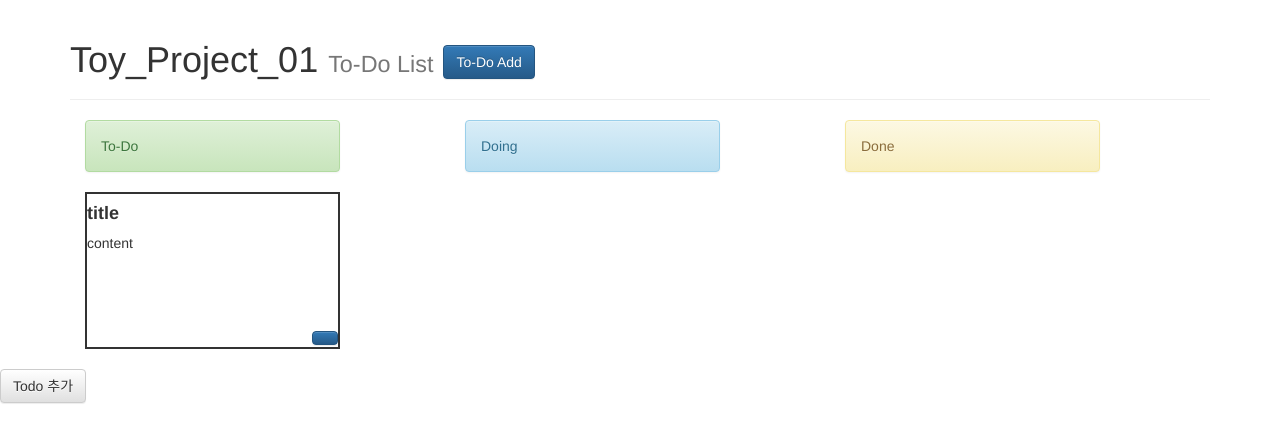
Repository: qudgns200/Toy_01_ToDoList
Page: http://localhost/ToDoList/jsp/mainForm.jsp
An editor plug-in stored every save of this project. The page is shown before and after the next save, followed by the edit.
The browser window is 1280 px wide. The pictures show the whole page.
The page is served by Tomcat 9. Nobody is signed in. The application's start-up code is not run.

Above is the page before, as saved 2019-11-07 08:05:43.

After the next save:
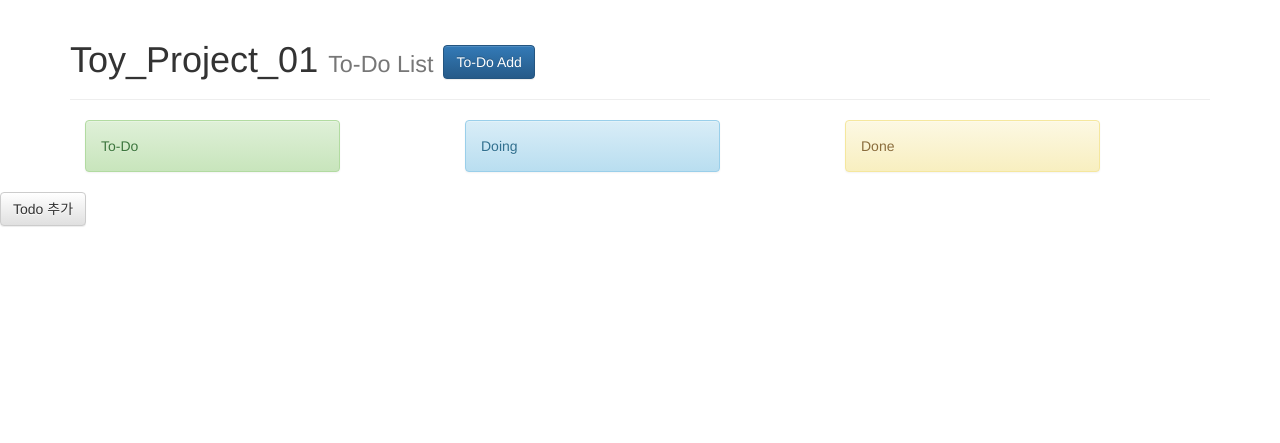
Saved 15 s later.
--- a/ToDoList/WebContent/jsp/mainForm.jsp
+++ b/ToDoList/WebContent/jsp/mainForm.jsp
@@ -40,19 +40,19 @@
 
 			<!-- Post Add Section -->
 			<c:forEach var="arr1" items="${arr1 }">
+				<div style="height: auto; border: 2px solid;">
+					<div>
+						<h4>
+							<b>title</b>
+						</h4>
+					</div>
+					<div style="height: 13vh;">content</div>
+					<div class="text-right">
+						<button type="button" class="btn btn-primary"></button>
+					</div>
+				</div>
+				<br>
 			</c:forEach>
-			<div style="height: auto; border: 2px solid;">
-				<div>
-					<h4>
-						<b>title</b>
-					</h4>
-				</div>
-				<div style="height: 13vh;">content</div>
-				<div class="text-right">
-					<button type="button" class="btn btn-primary"></button>
-				</div>
-			</div>
-			<br>
 			<!-- ---------------- -->
 
 		</div>
